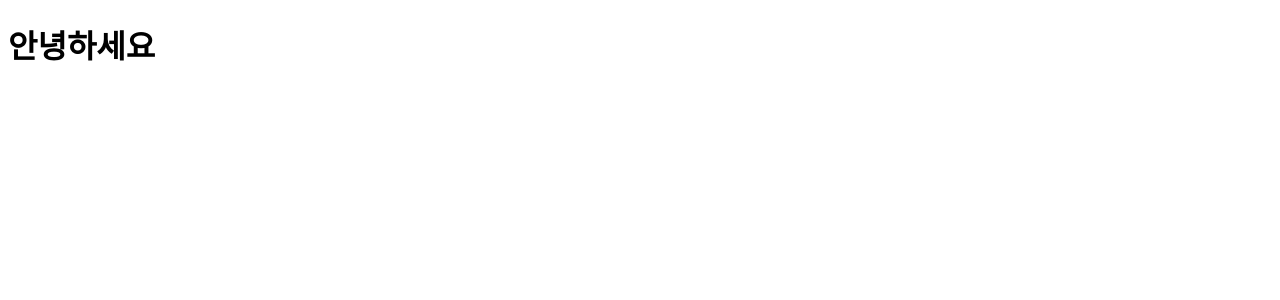
Repository: choi-hongsuk/jspstudy
Page: http://localhost/01_servlet/response
These files come from the project's save history. The page is drawn as it stood at one moment and after the next save; the edit follows.
The browser window is 1280 px wide. The pictures show the whole page.
The page is served by Tomcat 10. Other server files are loaded and not shown.

Above is the page before, as saved 2024-02-28 10:16:53.

### 01_servlet/src/main/java/pkg03_response/MyResponse.java
package pkg03_response;

import java.io.IOException;
import java.io.PrintWriter;

import jakarta.servlet.ServletException;
import jakarta.servlet.http.HttpServlet;
import jakarta.servlet.http.HttpServletRequest;
import jakarta.servlet.http.HttpServletResponse;

public class MyResponse extends HttpServlet {

  private static final long serialVersionUID = 1L;

  protected void doGet(HttpServletRequest request, HttpServletResponse response) throws ServletException, IOException {

    // 1. 응답 Content-Type 설정 + UTF-8 인코딩
    //    1) HTML : text/html
    //    2) XML  : application/xml
    //    3) JSON : application/json
    response.setContentType("text/html; charset=UTF-8");

    // 2. 응답 출력 스트림 알아내기(문자 출력 스트림)
    PrintWriter out = response.getWriter();

    // 3. 응답 만들기
    out.println("<!DOCTYPE html>");
    out.println("<html lang=\"ko\">");
    out.println("<head>");
    out.println("<meta charset=\"UTF-8\">");
    out.println("<title>Insert title here</title>");
    out.println("</head>");
    out.println("<body>");
    out.println("<h1>안녕하세요</h1>");
    out.println("</body>");
    out.println("</html>");
    out.flush();
    out.close();

  }

  protected void doPost(HttpServletRequest request, HttpServletResponse response) throws ServletException, IOException {
    doGet(request, response);
  }

}

After the next save:
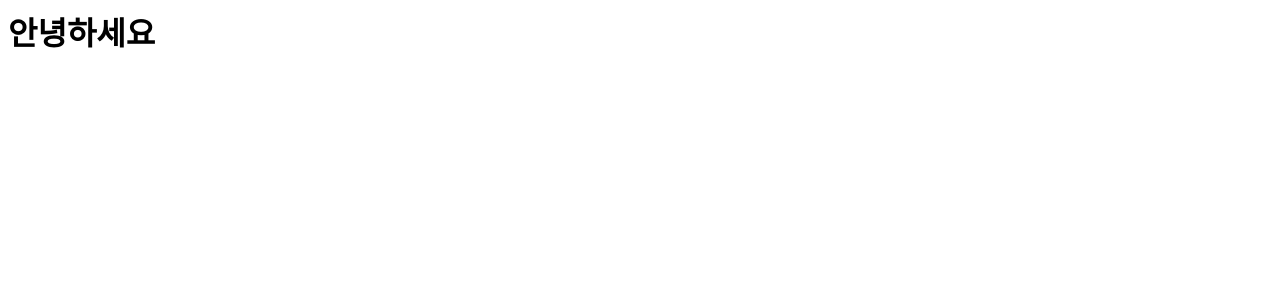
Saved 6 min 39 s later.
--- a/01_servlet/src/main/java/pkg03_response/MyResponse.java
+++ b/01_servlet/src/main/java/pkg03_response/MyResponse.java
@@ -24,16 +24,16 @@ public class MyResponse extends HttpServlet {
     PrintWriter out = response.getWriter();
 
     // 3. 응답 만들기
-    out.println("<!DOCTYPE html>");
-    out.println("<html lang=\"ko\">");
-    out.println("<head>");
-    out.println("<meta charset=\"UTF-8\">");
-    out.println("<title>Insert title here</title>");
-    out.println("</head>");
+//    out.println("<!DOCTYPE html>");
+//    out.println("<html lang=\"ko\">");
+//    out.println("<head>");
+//    out.println("<meta charset=\"UTF-8\">");
+//    out.println("<title>Insert title here</title>");
+//    out.println("</head>");
     out.println("<body>");
     out.println("<h1>안녕하세요</h1>");
     out.println("</body>");
-    out.println("</html>");
+//    out.println("</html>");
     out.flush();
     out.close();
 
